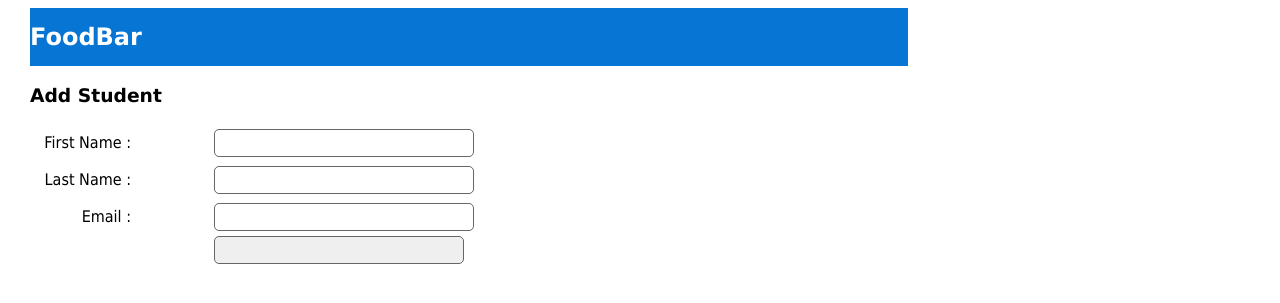
Repository: td2210z/java-jsp
Page: http://localhost/web-student-tracker/add-student-form.jsp
An editor plug-in stored every save of this project. The page is shown before and after the next save, followed by the edit.
The browser window is 1280 px wide. The pictures show the whole page.
The page is served by Tomcat 9. Other server files are loaded and not shown.

Above is the page before, as saved 2024-12-05 15:08:32.

### src/web-student-tracker/WebContent/add-student-form.jsp
<!DOCTYPE html>


<html>
<head>
 <title>Add</title>
 <link type = "text/css" rel = "stylesheet" href = "css/style.css">
 <link type = "text/css" rel = "stylesheet" href = "css/add-student-style.css">

</head>
   <div id  = "wrapper">
       <div id = "header">
          <h2>FoodBar</h2>
       </div>


   </div>

   <div id = "container">
   <h3>Add Student</h3>
   <form action = "StudentControllerServlet" method = "GET">
   <input type = "hidden" name = "command" value = "ADD"/>
   <table>
   <tbody>
   <tr>
   <td><label>First Name : </label></td>
   <td><input type = "text" name = "first_name"/></td>
   </tr>
   <tr>
   <td><label>Last Name : </label></td>
   <td><input type = "text" name = "last_name"/></td>
   </tr>
   <tr>
   <td><label>Email : </label></td>
   <td><input type = "text" name = "email"/></td>
   </tr>

   <tr>
   <td><label></label></td>
   <td><input type = "button" name = "email"/></td>
   </tr>
   </tbody>
   </table>

   </form>
   </div>

<body>
</body>
</html>

### src/web-student-tracker/WebContent/css/style.css
html, body{
	margin-left:15px; margin-right:15px;
	padding:0px;
	font-family:Verdana, Arial, Helvetica, sans-serif;
}

table {
	border-collapse:collapse;
	border-bottom:1px solid gray;
	font-family: Tahoma,Verdana,Segoe,sans-serif;
	width:72%;
}

th {
	border-bottom:1px solid gray;
	background:none repeat scroll 0 0 #0775d3;
	padding:10px;
	color: #FFFFFF;
}

tr {
	border-top:1px solid gray;
	text-align:center;
}

tr:nth-child(even) {background: #FFFFFF}
tr:nth-child(odd) {background: #BBBBBB}

#wrapper {width: 100%; margin-top: 0px; }
#header {width: 72%; background: #0775d3; margin-top: 0px; padding:15px 0px 15px 0px;}
#header h2 {width: 100%; margin:auto; color: #FFFFFF;}
#container {width: 100%; margin:auto}
#container h3 {color: #000;}
#container #content {margin-top: 20px;}

.add-student-button {
	border: 1px solid #666;
	border-radius: 5px;
	padding: 4px;
	font-size: 12px;
	font-weight: bold;
	width: 120px;
	padding: 5px 10px;

	margin-bottom: 15px;
	background: #cccccc;
}

Loaded but not shown: src/web-student-tracker/WebContent/css/add-student-style.css (common file)

After the next save:
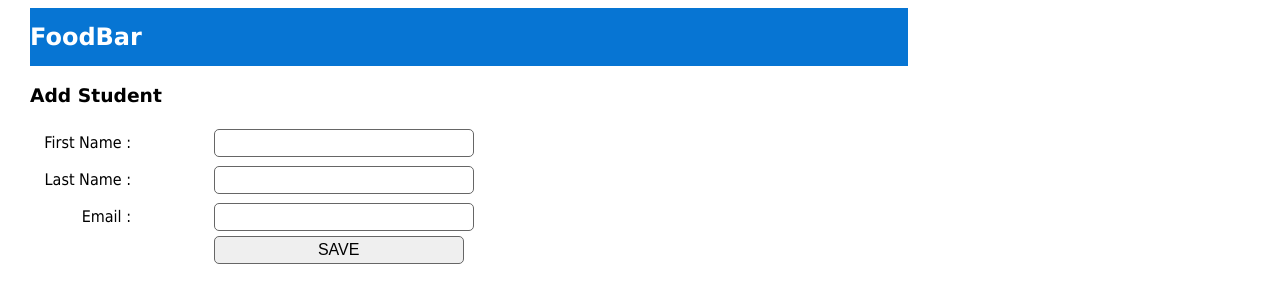
Saved 11 s later.
--- a/src/web-student-tracker/WebContent/add-student-form.jsp
+++ b/src/web-student-tracker/WebContent/add-student-form.jsp
@@ -37,7 +37,7 @@
 
    <tr>
    <td><label></label></td>
-   <td><input type = "button" name = "email"/></td>
+   <td><input type = "button" value = "SAVE"/></td>
    </tr>
    </tbody>
    </table>
